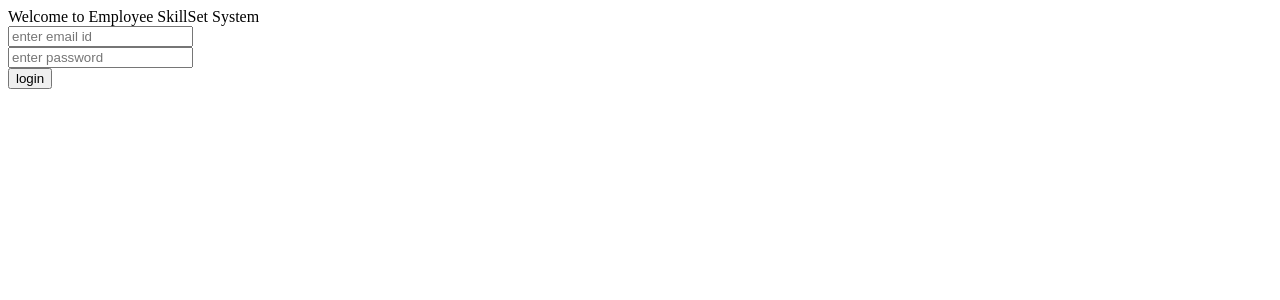
Repository: saurabh836/fullstackprojects
Page: http://localhost/Employee_SkillSet/
These files come from the project's save history. The page is drawn as it stood at one moment and after the next save; the edit follows.
The browser window is 1280 px wide. The pictures show the whole page.
The page is served by Tomcat 9. Other server files are loaded and not shown.

Above is the page before, as saved 2018-07-27 05:17:37.

### Employee_SkillSet/WebContent/index.jsp
<%@ page language="java" contentType="text/html; charset=ISO-8859-1"
    pageEncoding="ISO-8859-1"%>
<!DOCTYPE html PUBLIC "-//W3C//DTD HTML 4.01 Transitional//EN" "http://www.w3.org/TR/html4/loose.dtd">
<html>
<head>
<meta http-equiv="Content-Type" content="text/html; charset=ISO-8859-1">
<title>Insert title here</title>
</head>
<body>
<form action="AdminServlet">
Welcome to Employee SkillSet System <br/>
<input type="text" name="emailid"  placeholder="enter email id" /><br/>
<input type="password" name="password"  placeholder="enter password"/><br/>
<input type="submit" value="login" />
</form>

</body>
</html>

After the next save:
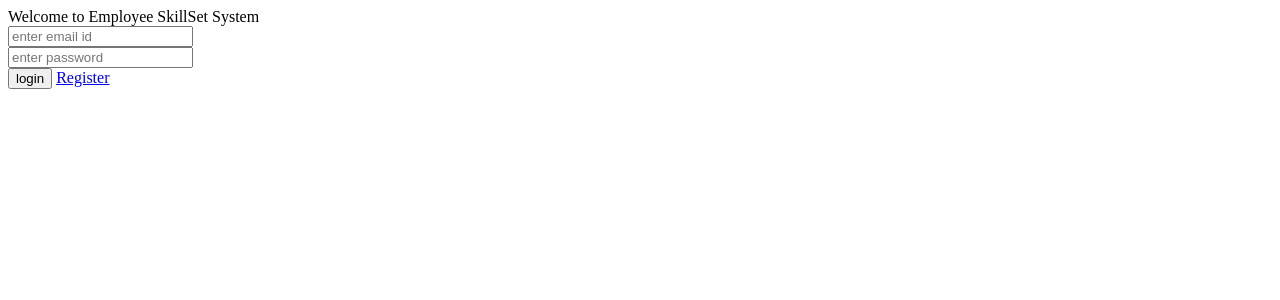
Saved 95 s later.
--- a/Employee_SkillSet/WebContent/index.jsp
+++ b/Employee_SkillSet/WebContent/index.jsp
@@ -12,6 +12,7 @@
 <input type="text" name="emailid"  placeholder="enter email id" /><br/>
 <input type="password" name="password"  placeholder="enter password"/><br/>
 <input type="submit" value="login" />
+<a href='Index.jsp'>Register</a>
 </form>
 
 </body>
